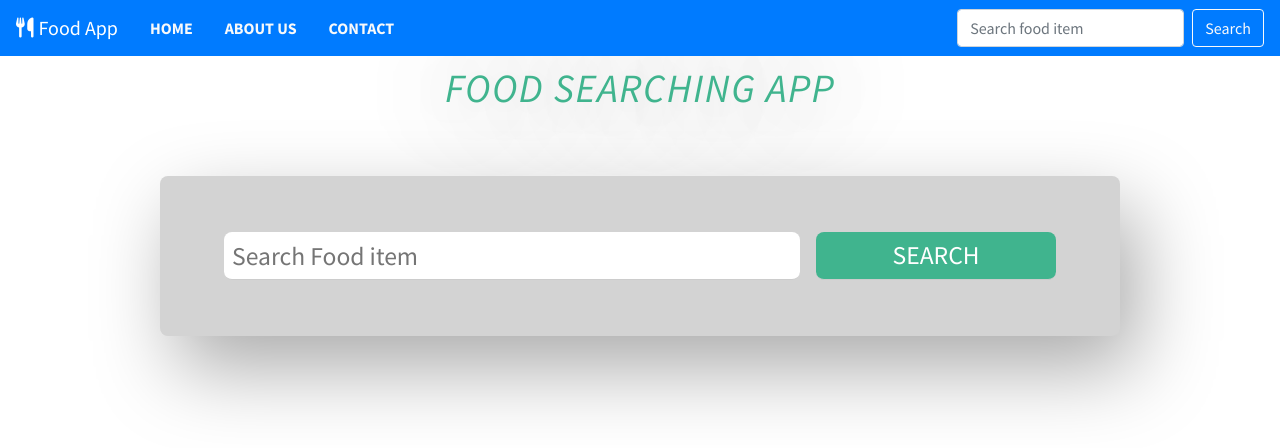
Repository: priyavmehta/React-Food-Recipe-App
Page: /search
An editor plug-in stored every save of this project. The page is shown before and after the next save, followed by the edit.
The browser window is 1280 px wide. The pictures show the whole page.
Some web libraries are served in a nearby version. The project was rebuilt for these pictures with package versions that can differ from the ones it lists, and the page was loaded fresh each time. Also part of the build but not shown: src/Components/RecipeDetails.js, src/Components/Recipe.js, src/Components/Alert.js.

Above is the page before, as saved 2020-07-11 23:04:57.

### public/index.html
<!DOCTYPE html>
<html lang="en">
  <head>
    <meta charset="utf-8" />
    <link rel="icon" href="%PUBLIC_URL%/favicon.ico" />
    <meta name="viewport" content="width=device-width, initial-scale=1" />
    <meta name="theme-color" content="#000000" />
    <meta
      name="description"
      content="Web site created using create-react-app"
    />
    <link rel="apple-touch-icon" href="%PUBLIC_URL%/logo192.png" />
    <link rel="manifest" href="%PUBLIC_URL%/manifest.json" />

    <script src="https://kit.fontawesome.com/c3f9cf1e2c.js" crossorigin="anonymous"></script>

    <link rel="stylesheet" href="https://stackpath.bootstrapcdn.com/bootstrap/4.3.1/css/bootstrap.min.css" integrity="sha384-ggOyR0iXCbMQv3Xipma34MD+dH/1fQ784/j6cY/iJTQUOhcWr7x9JvoRxT2MZw1T" crossorigin="anonymous">
    <script src="https://code.jquery.com/jquery-3.3.1.slim.min.js" integrity="sha384-q8i/X+965DzO0rT7abK41JStQIAqVgRVzpbzo5smXKp4YfRvH+8abtTE1Pi6jizo" crossorigin="anonymous"></script>
<script src="https://cdnjs.cloudflare.com/ajax/libs/popper.js/1.14.7/umd/popper.min.js" integrity="sha384-UO2eT0CpHqdSJQ6hJty5KVphtPhzWj9WO1clHTMGa3JDZwrnQq4sF86dIHNDz0W1" crossorigin="anonymous"></script>
<script src="https://stackpath.bootstrapcdn.com/bootstrap/4.3.1/js/bootstrap.min.js" integrity="sha384-JjSmVgyd0p3pXB1rRibZUAYoIIy6OrQ6VrjIEaFf/nJGzIxFDsf4x0xIM+B07jRM" crossorigin="anonymous"></script>

    <title>Food App</title>
  </head>
  <body>
    <noscript>You need to enable JavaScript to run this app.</noscript>
    <div id="root"></div>
    <!--
      This HTML file is a template.
      If you open it directly in the browser, you will see an empty page.

      You can add webfonts, meta tags, or analytics to this file.
      The build step will place the bundled scripts into the <body> tag.

      To begin the development, run `npm start` or `yarn start`.
      To create a production bundle, use `npm run build` or `yarn build`.
    -->
  </body>
</html>

### src/App.js
import React, { useState } from 'react';
import './App.css';
import RecipeState from './context/recipe/RecipeState';
import Search from './Components/Search';
import { BrowserRouter as Router, Switch, Route } from 'react-router-dom'
import Navbar from './Components/Navbar';

const App = () => {

  return (
    <RecipeState>
      <Router>
      <Navbar />
        <div className="App">

          <Search/>
        </div>
      </Router>
    </RecipeState>
  );
}

export default App;

### src/App.css
@import url("https://fonts.googleapis.com/css?family=Source+Sans+Pro:300,300i,400,400i,600,600i,700&display=swap");

* {
  font-family: "Source Sans Pro", sans-serif;
  margin: 0;
  padding: 0;
  text-decoration: none;
  list-style-type: none;
  outline: none;
}

.App {
  display: flex;
  flex-direction: column;
  align-items: center;
}

h1 {
  letter-spacing: 0.1rem;
  font-style: italic;
  color: #40b48e;
  text-shadow: 0 0.2rem 5rem rgb(119, 115, 115);
  text-transform: uppercase;
  margin: 4rem 0;
}

.search-form {
  width: 60rem;
  height: 10rem;
  display: flex;
  justify-content: center;
  align-items: center;
  background-color: #d3d3d3;
  border-radius: 0.5rem;
  margin-bottom: 5rem;
  box-shadow: 1rem 2rem 5rem #aaa;
  position: relative;
}

.alert {
  /*position: absolute;*/
  top: -3rem;
  left: 0;
  background-color: rgb(233, 72, 72);
  width: calc(100% - 0.4rem);
  border-radius: 0.5rem;
  padding: 0.2rem;
}

.alert h3 {
  font-size: 1.8rem;
  color: #fff;
  font-weight: 400;
  text-transform: uppercase;
  text-align: center;
}

.search-form input {
  font-size: 1.6rem;
  border: none;
  border-bottom: 0.1rem solid #ccc;
  margin: 0 0.5rem;
  border-radius: 0.5rem;
  height: 3rem;
}

.search-form input[type="text"] {
  padding: 0 0.5rem;
  width: 60%;
  color: #555;
}

.search-form input[type="submit"] {
  width: 25%;
  text-transform: uppercase;
  background-color: #40b48e;
  color: #fff;
}

.recipes {
  width: 90%;
  display: flex;
  align-items: center;
  flex-wrap: wrap;
  justify-content: center;
  align-items: flex-start;
}

.recipe {
  width: 30rem;
  margin: 3rem;
  display: flex;
  flex-direction: column;
  background-color: #d3d3d3;
  padding: 2rem;
  position: relative;
  border-radius: 0.5rem;
  box-shadow: 2rem 3rem 5rem #aaa;
}

.recipe h2 {
  background-color: rgba(161, 161, 161, 0.7);
  border-radius: 0.5rem;
  padding: 0.3rem 0.5rem;
  position: absolute;
  top: 2.5rem;
  left: 2.5rem;
  right: 2.5rem;
  font-size: 2.5rem;
  font-weight: 400;
  text-shadow: 0 0.5rem 0.5rem #555;
  color: #fff;
}

.recipe img {
  border-radius: 0.5rem;
  object-fit: cover;
}

.recipe a {
  font-size: 1.8rem;
  color: #40b48e;
}

/* .recipe button {
  font-size: 2rem;
  text-transform: uppercase;
  color: #fff;
  background-color: #40b48e;
  border: none;
  border-radius: 0.5rem;
  height: 3rem;
} */

.ingredient-list {
  margin-top: 1rem;
  background-color: #f0f0f0;
  border-radius: 0.5rem;
  padding: 0.5rem;
}

.ingredient-list li {
  margin: 0.5rem 0;
}

.ingredient-text {
  font-size: 1.5rem;
  color: #888;
}

.ingredient-weight {
  color: #40b48e;
  font-size: 1.3rem;
}

.fas {
  color: white;
}

.navbar-brand{
  color: white;
}

h3 {
  color: white;
}

### src/context/recipe/RecipeState.js
import React, { useReducer, useState, useEffect } from 'react'
import recipeContext from './recipeContext'
import recipeReducer from './recipeReducer';
import axios from 'axios'
import {SEARCH_RECIPE, SET_ALERT, REMOVE_ALERT, SET_HOME_PAGE} from '../types'

const RecipeState = (props) => {

    const initialState = {

        recipes : [],
        alert : ""
    };

    const home_recipes = []

    const [state, dispatch] = useReducer(recipeReducer, initialState);

    const YOUR_APP_ID = 'a232e31f';
    const YOUR_APP_KEY = 'd3cfbfb089b421a6f5135d309faa2604';

    // useEffect(async () => {
    //     const dosa = await axios.get(`https://api.edamam.com/search?q=dosa&app_id=${YOUR_APP_ID}&app_key=${YOUR_APP_KEY}`)
    //     const dosa_results = dosa.data.hits;
    //     home_recipes.push(dosa_results[5])
    //     home_recipes.push(dosa_results[9])

    //     const data = await axios.get(`https://api.edamam.com/search?q=pav&app_id=${YOUR_APP_ID}&app_key=${YOUR_APP_KEY}`)
    //     const results = data.data.hits;
    //     home_recipes.push(results[0])
    //     home_recipes.push(results[1])

    //     dispatch({type : SET_HOME_PAGE, payload : home_recipes})
    //     console.log("All Done")
    //     console.log(state.recipes)
    // }, [])

    const getData = async (text) => {
        if (text !== ''){
            const url = `https://api.edamam.com/search?q=${text}&app_id=${YOUR_APP_ID}&app_key=${YOUR_APP_KEY}`
            const data = await axios.get(url);
            if (!data.data.more){
                return (
                    dispatch({type : SET_ALERT, payload : "Such a food item is not available.."}),
                    setTimeout (() => dispatch({ type : REMOVE_ALERT }), 5000)
                )
            }
            dispatch({type: SEARCH_RECIPE, payload: data.data.hits})
            console.log(state.recipes)
        } else {
            dispatch ({type : SET_ALERT, payload: "Please enter something"})
            setTimeout (() => dispatch({ type : REMOVE_ALERT }), 5000)
        }

    }

    const getIndian = async () => {

    }

    return <recipeContext.Provider value = {{
            getData,
            recipes: state.recipes,
            alert : state.alert
        }
    }
    >
        {props.children}
    </recipeContext.Provider>
}

export default RecipeState

### src/Components/Search.js
import React, {Fragment, useContext, useState} from 'react'
import recipeContext from '../context/recipe/recipeContext'
import Recipe from './Recipe'
import Alert from './Alert'

const Search = () => {

    const [query, setQuery] = useState("")

    const RecipeContext = useContext(recipeContext)
    const {getData, recipes, alert} = RecipeContext

    const changeQuery = (event) => setQuery(event.target.value)

    const onSubmitQuery = (event) => {
        event.preventDefault()
        getData(query)
        setQuery("")
    }

    return (
        <Fragment>
            <h1 >Food Searching App</h1>
            { alert !== "" && <Alert/>}
            <form className = "search-form" onSubmit = {onSubmitQuery}>
                <input type="text" placeholder = "Search Food item" autoComplete = "off" onChange = {changeQuery} value = {query} />
                <input type = "submit" value = "Search" />
            </form>
            <div className = "recipes">
                {
                    recipes !== [] && (
                        recipes.map(recipe => <Recipe recipe = {recipe}/>)
                    )
                }
            </div>
        </Fragment>
    )
}

export default Search

### src/Components/Navbar.js
import React from 'react'
import PropTypes from 'prop-types'
import { Link } from 'react-router-dom'

const Navbar = ({icon, title}) => {

    return (
        <nav className="navbar navbar-expand-md navbar-light bg-primary fixed-top">
            <a className="navbar-brand" style = {{ color : "white"}}><i className="fas fa-utensils" style = {{ marginRight : 5}}></i>Food App</a>
            <button type="button" className="navbar-toggler bg-light" data-toggle="collapse" data-target="#nav">
                <span className="navbar-toggler-icon"></span>
            </button>
             <div className="collapse navbar-collapse justify-content-between" id="nav">
                <ul className="navbar-nav">
                    <li className="nav-item" >
                        <a className="nav-link text-light font-weight-bold px-3" href="#">HOME</a>
                    </li>
                    <li className="nav-item">
                        <a className="nav-link text-light font-weight-bold px-3" href="#">ABOUT US</a>
                    </li>
                    <li className="nav-item">
                        <a className="nav-link text-light font-weight-bold px-3" href="#">CONTACT</a>
                    </li>
                </ul>
                <form class="form-inline">
                    <input class="form-control mr-sm-2" type="search" placeholder="Search food item" aria-label="Search"/>
                    <button class="btn btn-outline-light my-2 my-sm-0" type="submit">Search</button>
                </form>

            </div>

        </nav>
    )
}

Navbar.defaultProps = {
    title : "Food App",
    icon : "fab fa-github"
};

Navbar.propTypes = {
    title : PropTypes.string.isRequired,
    icon : PropTypes.string.isRequired
};

export default Navbar

### src/context/recipe/recipeContext.js
import { createContext } from 'react'

const recipeContext = createContext()

export default recipeContext

### src/context/recipe/recipeReducer.js
import {SEARCH_RECIPE, SET_ALERT, REMOVE_ALERT, SET_HOME_PAGE} from '../types'

export default (state, action) => {
    switch(action.type){
        case SET_HOME_PAGE:
            return{
                ...state,
                recipes : action.payload
            }
        case REMOVE_ALERT:
            return{
                ...state,
                alert: ""
            }
        case SET_ALERT:
            return{
                ...state,
                alert: action.payload
            }
        case SEARCH_RECIPE:
            return {
                ...state,
                recipes : action.payload,
                alert: ""
            }
        default:
            return state
    }
}

### src/context/types.js
export const SEARCH_RECIPE = "SEARCH_RECIPE";
export const CHANGE_QUERY = "CHANGE_QUERY";
export const SET_ALERT = "SET_ALERT";
export const REMOVE_ALERT = "REMOVE_ALERT";
export const SET_HOME_PAGE = "SET_HOME_PAGE";

Loaded but not shown: src/index.js (common file); src/index.css (common file); src/serviceWorker.js (common file)

After the next save:
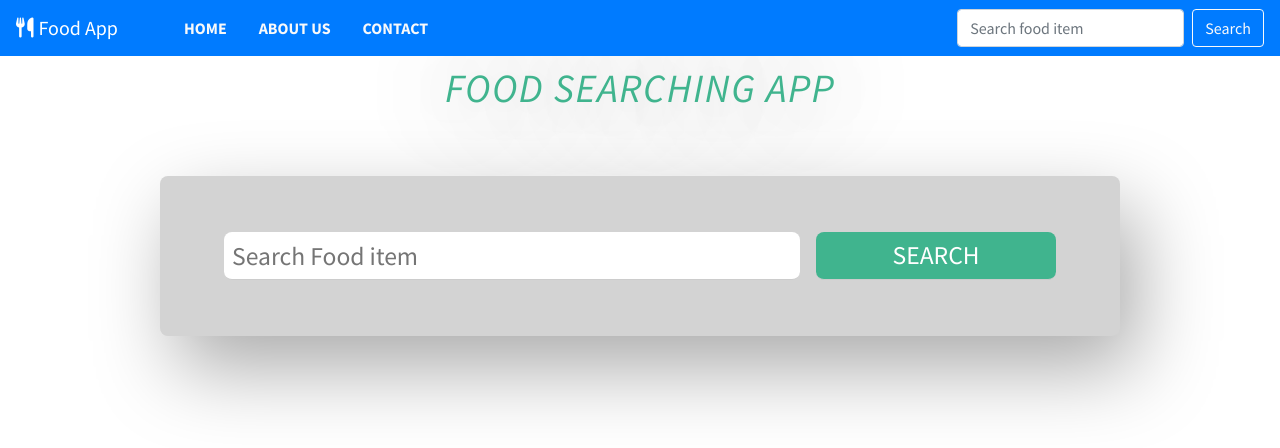
Saved 89 s later.
--- a/src/Components/Navbar.js
+++ b/src/Components/Navbar.js
@@ -6,7 +6,7 @@
 
     return (
         <nav className="navbar navbar-expand-md navbar-light bg-primary fixed-top">
-            <a className="navbar-brand" style = {{ color : "white"}}><i className="fas fa-utensils" style = {{ marginRight : 5}}></i>Food App</a>
+            <a className="navbar-brand" style = {{ color : "white", marginRight :50 }}><i className="fas fa-utensils" style = {{ marginRight : 5}}></i>Food App</a>
             <button type="button" className="navbar-toggler bg-light" data-toggle="collapse" data-target="#nav">
                 <span className="navbar-toggler-icon"></span>
             </button>

After the save that followed:
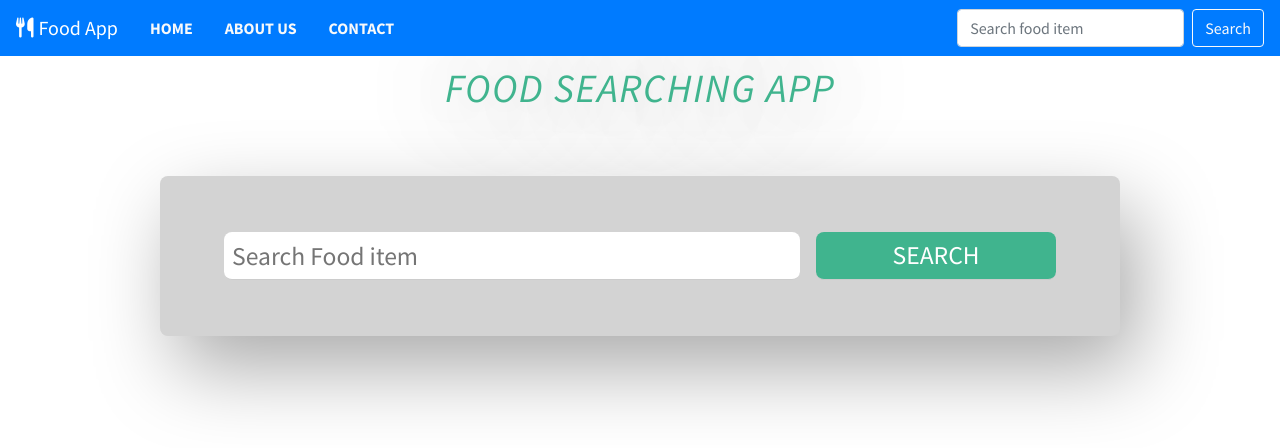
Saved 36 s later.
--- a/src/Components/Navbar.js
+++ b/src/Components/Navbar.js
@@ -6,7 +6,7 @@
 
     return (
         <nav className="navbar navbar-expand-md navbar-light bg-primary fixed-top">
-            <a className="navbar-brand" style = {{ color : "white", marginRight :50 }}><i className="fas fa-utensils" style = {{ marginRight : 5}}></i>Food App</a>
+            <a className="navbar-brand" style = {{ color : "white",  }}><i className="fas fa-utensils" style = {{ marginRight : 5}}></i>Food App</a>
             <button type="button" className="navbar-toggler bg-light" data-toggle="collapse" data-target="#nav">
                 <span className="navbar-toggler-icon"></span>
             </button>
